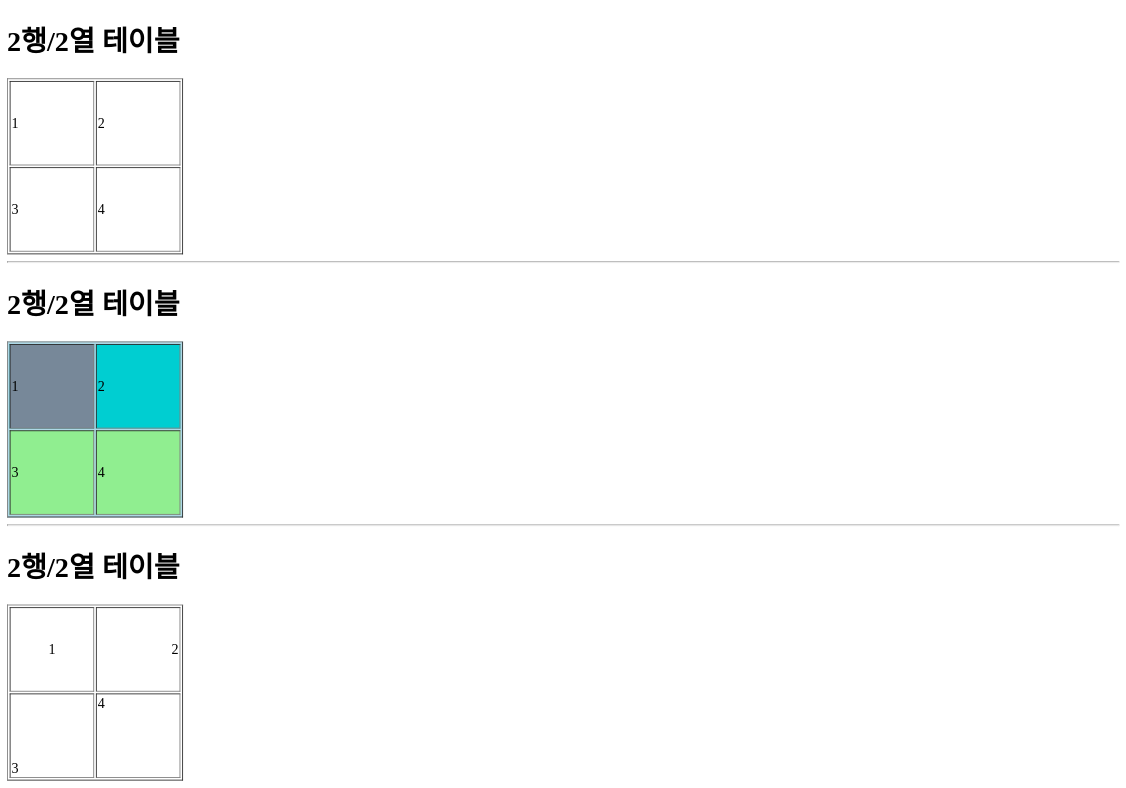
Repository: dnjs0/HCJ
Page: ClientTest/src/main/webapp/ex15_table.html
An editor plug-in stored every save of this project. The page is shown before and after the next save, followed by the edit.
The browser window is 1280 px wide. The pictures show the whole page, at 88% of full size.

Above is the page before, as saved 2025-02-11 07:09:11.

After the next save:
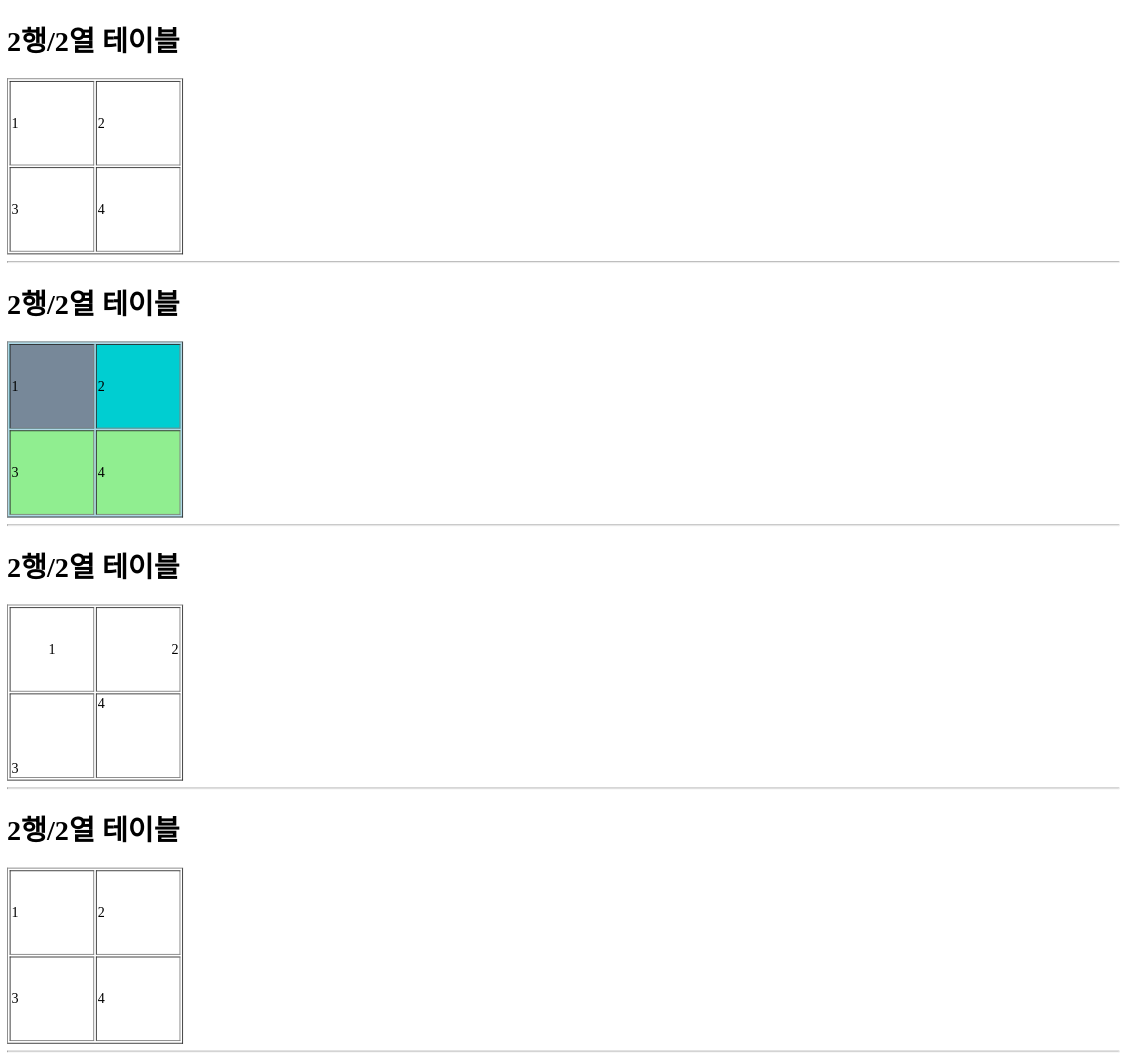
Saved 47 s later.
--- a/ClientTest/src/main/webapp/ex15_table.html
+++ b/ClientTest/src/main/webapp/ex15_table.html
@@ -78,6 +78,27 @@
 
      </table>
 
+     <hr>
+
+     <h1>2행/2열 테이블</h1>
+
+     <table border="1" width="200" height="200">
+
+        <tr>
+            <td>1</td>
+            <td>2</td>
+        </tr>
+
+        <tr>
+            <td>3</td>
+            <td>4</td>
+        </tr>
+
+     </table>
+
+     <hr>
+
+
 
 </body>
 </html>
